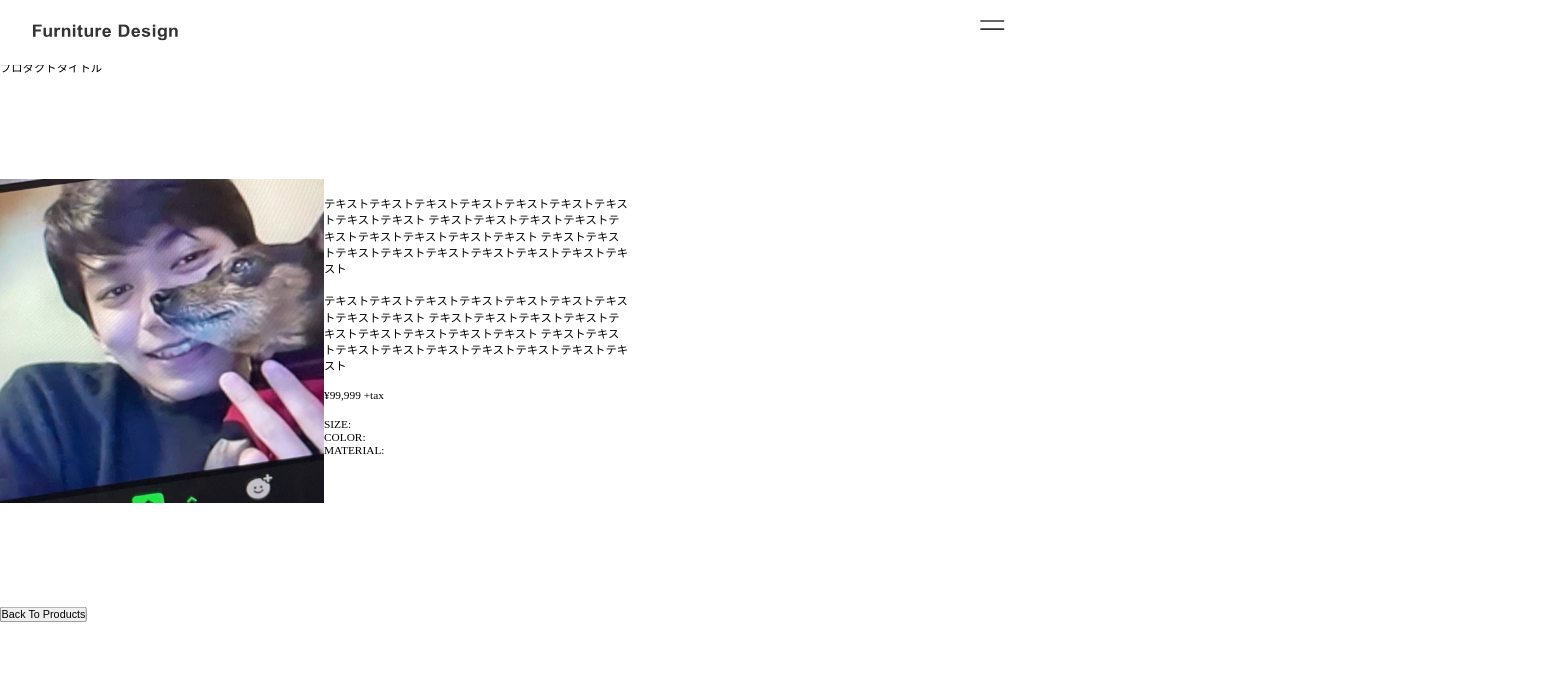
Repository: kohei23n/tenfeet
Page: menbers2/index.html
These files come from the project's save history. The page is drawn as it stood at one moment and after the next save; the edit follows.
The browser window is 1280 px wide. The page is 1920 px wide, so the pictures cover 1920 px, including what lies to the right of the window. The pictures show the whole page, at 81% of full size.

Above is the page before, as saved 2022-02-08 21:58:20.

### menbers2/index.html
<!DOCTYPE html>
<html lang="en">

<head>
    <meta charset="UTF-8" />
    <meta http-equiv="X-UA-Compatible" content="IE=edge" />
    <meta name="viewport" content="width=device-width, initial-scale=1.0" />
    <link rel="stylesheet" href="../reset.css">
    <link rel="stylesheet" href="menbers2.css" />
    <title>Document</title>
</head>

<body>
    <header id="header" class="wrapper open">
        <h1 class="title">
            <a href="index.html">
                <img src="..\img\logo.svg" alt="Furniture Design" />
            </a>
        </h1>
        <nav id="nav">
            <ul class="nav_menu" style="display: none">
                <li><a href="">PRODUCTS</a></li>
                <li><a href="">ABOUT</a></li>
                <li><a href="">COMPANY</a></li>
                <li><a href="">CONTACT</a></li>
            </ul>
        </nav>
        <div class="button">
            <span></span>
            <span></span>
        </div>
    </header>




    <div id="content2"></div>
    <script src="menbers2.js"></script>
</body>

</html>

### reset.css
html, body, div, span, applet, object, iframe,
h1, h2, h3, h4, h5, h6, p, blockquote, pre,
a, abbr, acronym, address, big, cite, code,
del, dfn, em, img, ins, kbd, q, s, samp,
small, strike, strong, sub, sup, tt, var,
b, u, i, center,
dl, dt, dd, ol, ul, li,
fieldset, form, label, legend,
table, caption, tbody, tfoot, thead, tr, th, td,
article, aside, canvas, details, embed,
figure, figcaption, footer, header, hgroup,
menu, nav, output, ruby, section, summary,
time, mark, audio, video {
    margin: 0;
    padding: 0;
    border: 0;
    font-size: 100%;
    font: inherit;
    vertical-align: baseline;
}
/* HTML5 display-role reset for older browsers */
article, aside, details, figcaption, figure,
footer, header, hgroup, menu, nav, section {
    display: block;
}
body {
    /* line-height: 1; */
}
ol, ul {
    list-style: none;
}
blockquote, q {
    quotes: none;
}
blockquote:before, blockquote:after,
q:before, q:after {
    content: '';
    content: none;
}
table {
    border-collapse: collapse;
    border-spacing: 0;
}

### menbers2/menbers2.css
* {
  margin: 0;
  padding: 0;
}

body{
    padding: 5% 0;
}

#header {
  width: 100%;
  height: 80px;
  background-color: #fff;
  display: flex;
  align-items: center;
  justify-content: space-between;
  position: fixed;
  left: 0;
  right: 0;
  top: 0;
  z-index: 10;
}

.wrapper {
  max-width: 1360px;
  padding: 0 40px;
  box-sizing: border-box;
}

h1 {
  display: block;
  font-size: 2em;
  margin-block-start: 0.67em;
  margin-block-end: 0.67em;
  margin-inline-start: 0px;
  margin-inline-end: 0px;
  font-weight: bold;
}

.title a {
  width: 180px;
  line-height: 1px;
  display: block;
}

img {
  max-width: 100%;
}

.open #nav {
  left: 0;
  opacity: 1;
}

/* #nav {
  position: fixed;
  top: 0;
  width: 300px;
  color: #fff;
  padding: 36px 50px;
  transition: all 0.5s;
  z-index: 20;
}

#nav li {
  margin-bottom: 14px;
  list-style: none;
}

#nav a {
  color: #fff;
  text-decoration: none;
  transition: all 0.5s;
} */

.button {
  width: 30px;
  height: 30px;
  position: relative;
  transition: all 0.5s;
  cursor: pointer;
  z-index: 20;
}

.button span:nth-child(1) {
  top: 10px;
}

.button span {
  display: block;
  position: absolute;
  width: 30px;
  height: 2px;
  background-color: #333;
  border-radius: 4px;
  transition: all 0.5s;
}

.member_name{
    font-size: 14px;
    font-weight: 100;
}



.member{
    /* display: block;
    margin-top: 10%; */
}

.member_img{
    width: 400px;
    height: 400px;
    object-fit: cover;
}

.section_member{
    margin: 10% 0;
    width: 150%;
    display: flex;
}

.message{
    font-size: 14px;
    width: 25%;
    margin: 20px 0;
}

### menbers2/menbers2.js
let content = `<h1 class="member_name">プロダクトタイトル</h1>
<section class="section_member">
<img src="../img/9.jpg" alt="" class="member_img">
<div class="member_content">
        <p class="message">テキストテキストテキストテキストテキストテキストテキストテキストテキスト テキストテキストテキストテキストテキストテキストテキストテキストテキスト テキストテキストテキストテキストテキストテキストテキストテキストテキスト</p>
        <p class="message">テキストテキストテキストテキストテキストテキストテキストテキストテキスト テキストテキストテキストテキストテキストテキストテキストテキストテキスト テキストテキストテキストテキストテキストテキストテキストテキストテキスト</p>
        <p class="message">¥99,999 +tax</p>
        <p class="message">SIZE: <br>
        COLOR: <br>
        MATERIAL:</p>
</div>
</section>
<button class="page_back">Back To Products</button>
`

let content2 = document.getElementById("content2");
content2.insertAdjacentHTML("beforebegin", content);

After the next save:
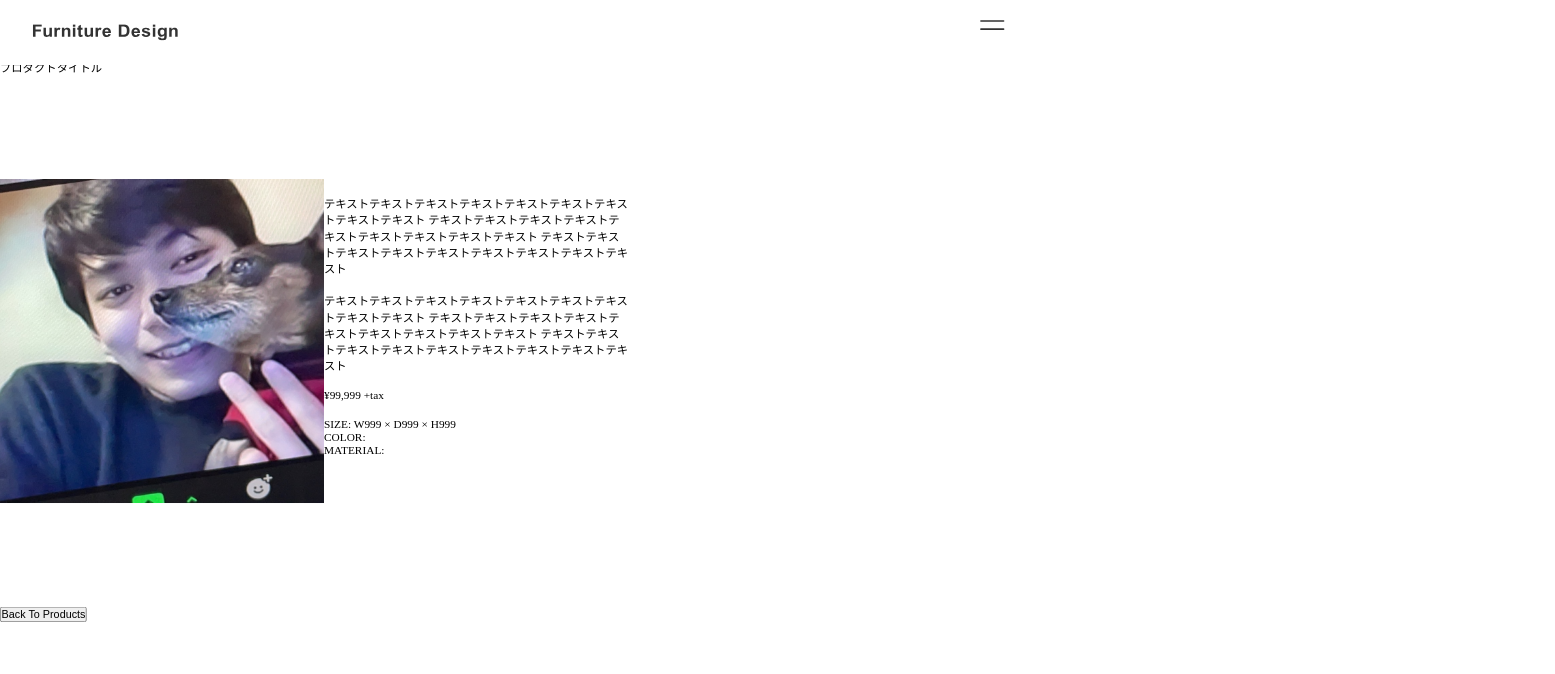
Saved 31 s later.
--- a/menbers2/menbers2.js
+++ b/menbers2/menbers2.js
@@ -5,7 +5,7 @@
         <p class="message">テキストテキストテキストテキストテキストテキストテキストテキストテキスト テキストテキストテキストテキストテキストテキストテキストテキストテキスト テキストテキストテキストテキストテキストテキストテキストテキストテキスト</p>
         <p class="message">テキストテキストテキストテキストテキストテキストテキストテキストテキスト テキストテキストテキストテキストテキストテキストテキストテキストテキスト テキストテキストテキストテキストテキストテキストテキストテキストテキスト</p>
         <p class="message">¥99,999 +tax</p>
-        <p class="message">SIZE: <br>
+        <p class="message">SIZE:      W999 × D999 × H999<br>
         COLOR: <br>
         MATERIAL:</p>
 </div>
